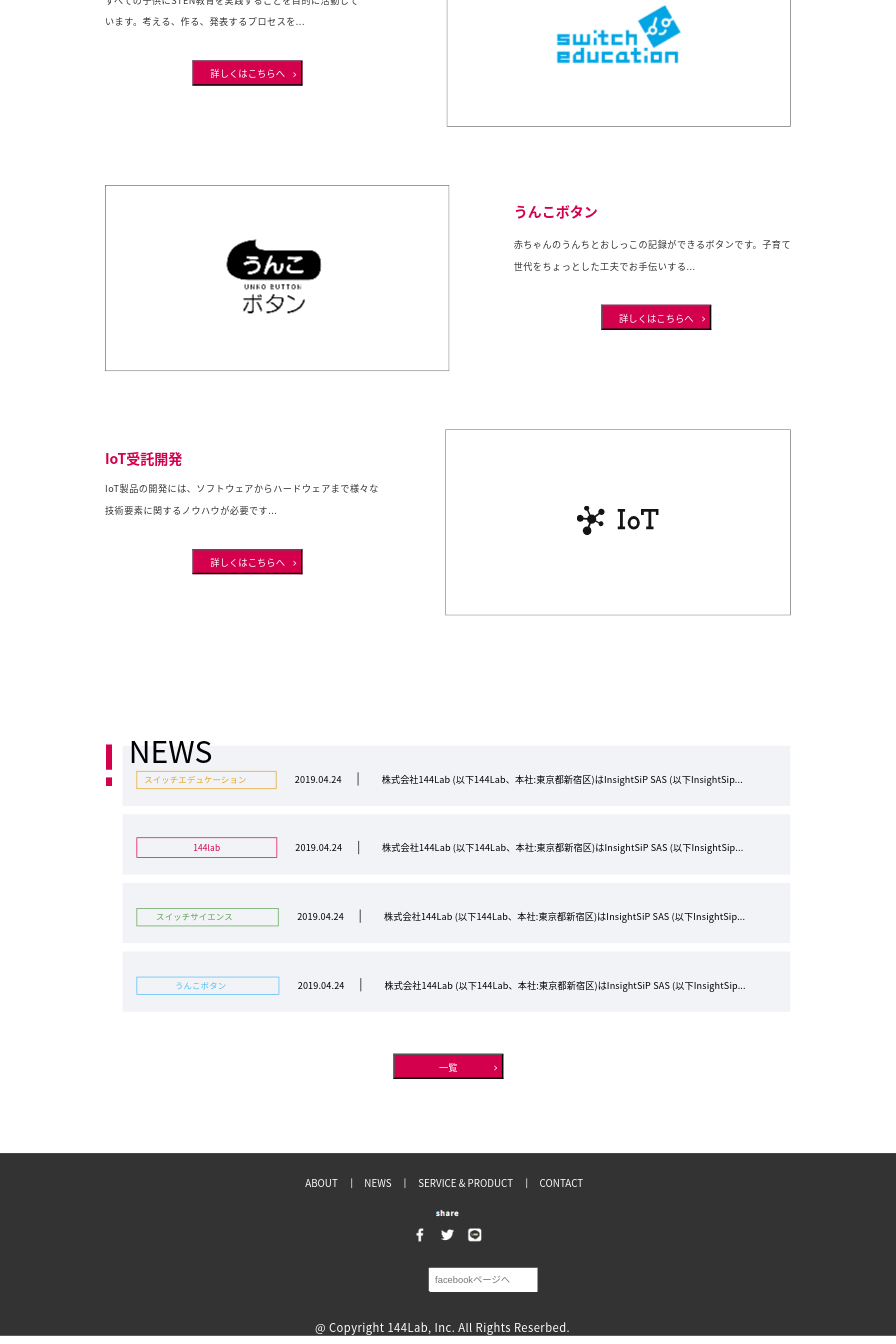
Repository: ppmp556/light-up-git
Page: index.html
These files come from the project's save history. The page is drawn as it stood at one moment and after the next save; the edit follows.
The browser window is 1280 px wide. The pictures show the part of the page from y = 2046 to 3966 px (the page is 3966 px tall), at 70% of full size.

Above is the page before, as saved 2019-12-27 21:13:41.

### index.html
<!DOCTYPE html>
<html lang="ja">
    <head>
        <meta charset="UTF-8">
        <meta name="viewport" content="width=device-width, initial-scale=1.0">
        <link rel="stylesheet" href="main.css/main.css"  type="text/css">
        <link rel="img" href="images.svg/">
        <title>模写</title>
    </head>
    <body>
        <header class="header">
                <img class="greenbox" src="images.svg/グループ 127.svg">
                <img class="small-redbox" src="images.svg/グループ 152.svg">
                <img class="redboxs" src="images.svg/グループ 148.svg">
                <img class="small-yellowbox" src="images.svg/グループ 149.svg">
                <img class="gray-boxs" src="images.svg/グループ 150.svg">
                <img class="middle-redbox" src="images.svg/グループ 151.svg">
                <img class="big-redbox" src="images.svg/グループ 153.svg">
                <img class="graybox" src="images.svg/グループ 147.svg">
                <h1><img class="nav-logo" src="images.svg/yEVqXX.svg" alt="144lab"></h1>
                <nav class="global-nav">


                        <ul class="nav-itembox">
                            <li><a href="#">ABOUT<br><span class="small">企業情報</span></a></li>
                            <li><a href="#">NEWS<br><span class="small">ニュース</span></a></li>
                            <li><a href="#">SERVICE & PRODUCT<br><span class="small">サービス&製品情報</span></a></li>
                            <li><a href="#">CONTACT<br><span class="small">お問い合わせ</span></a></li>
                        </ul>
                </nav>

                    <h1 class="site-title"><a href="#">Light Up  <br>Your <br>Science </a></h1>
                    <p class="site-title-sub">- 科学をともそう -<br>
                                                <span class="small2">イチヨンヨンラボ</span></p>

        </header>
        <main>
             <section class="about">
              <div class="about-container">
                <img class="exclamation" src="images.svg/グループ 145.svg">
                <h2 class="about-title">ABOUT</h2>
                <div class="about-box">
                                    <p class="about-text">私たちの社会は、10年前、100年前、あるいは1000年前よりも確実に進化しています。科学こそが社会を進化させ、幸せを
                                        つくり出したのだと信じています。科学は与えられるものではなく、私たち自身が開拓し、進化させていくものです。144Labは、
                                        科学に触れ、さらなる開拓と進化に参加する人々を、ちょっとだけお手伝いします。
                                    </p>
                 </div>
                 <button class="redbutton">企業情報</button>
               </div>
            </section>

            <section class="product">
                    <img class="exclamation-product" src="images.svg/グループ 145.svg">
                    <h2 class="product-title">SERVICE & PRODUCT</h2>
                    <ul class="product-wrapper">
                                <li class="product-box">
                                    <img class="product-image-switch" src="images.svg/logo-switch_science.svg">

                                    <div class="text-button">
                                    <h3 class="product-red">株式会社スイッチサイエンス</h3>
                                        <p class="product-text">
                                            最先端のテクノロジーを、より多くの人々が道具として当たり<br>
                                            前に使える世界を目指して活動しています...
                                        </p>
                                        <button class="redbutton2">詳しくはこちらへ</button>
                                    </div>
                            </li>
                                <li class="product-box">
                                    <img class="product-image-education" src="images.svg/logo-switch_education.svg">
                                    <div class="text-button">
                                        <h3 class="product-red2">株式会社スイッチエデュケーション</h3>
                                        <p class="product-text">
                                            すべての子供にSTEN教育を実践することを目的に活動して<br>
                                            います。考える、作る、発表するプロセスを...
                                        </p>
                                        <button class="redbutton2">詳しくはこちらへ</button>
                                    </div>
                                </li>
                                <li class="product-box">
                                    <img class="product-image-fit" src="images.svg/main_3648.fit-scale.svg">
                                    <div class="text-button">
                                        <h3 class="product-red">うんこボタン</h3>
                                            <p class="product-text">
                                                赤ちゃんのうんちとおしっこの記録ができるボタンです。子育て<br>
                                                世代をちょっとした工夫でお手伝いする...
                                            </p>
                                            <button class="redbutton2">詳しくはこちらへ</button>
                                    </div>
                                </li>

                                <li class="product-box">
                                    <img class="product-image-iot" src="images.svg/グループ 183.svg">
                                    <div class="text-button">
                                        <h3 class="product-red2">IoT受託開発</h3>
                                        <p class="product-text">
                                            IoT製品の開発には、ソフトウェアからハードウェアまで様々な<br>
                                            技術要素に関するノウハウが必要です...

                                        </p>
                                        <button class="redbutton2">詳しくはこちらへ</button>
                                　　　</div>
                                </li>
                    </ul>
        </section>
        <section class="news">
             <div class="news-container">

                <img class="exclamation" src="images.svg/グループ 145.svg">
                <h2 class="news-title">NEWS</h2>
                 <ul class="list">
                     <article>
                    <li class="list-item">
                        <div class="list-wrap">
                            <span class="category-education">スイッチエデュケーション</span>
                            <time class="date">2019.04.24</time>
                            <span class="category-news">株式会社144Lab (以下144Lab、本社:東京都新宿区)はInsightSiP SAS (以下InsightSip...</span>
                        </div>
                    </li>
                     </article>
                     <article>
                    <li class="list-item">
                        <div class="list-wrap">
                            <span class="category-lab">144lab</span>
                            <time class="date">2019.04.24</time>
                            <span class="category-news">株式会社144Lab (以下144Lab、本社:東京都新宿区)はInsightSiP SAS (以下InsightSip...</span>
                        </div>
                    </li>
                    </article>
                    <article>
                    <li class="list-item">
                        <div class="list-wrap">
                            <span class="category-sience">スイッチサイエンス</span>
                            <time class="date">2019.04.24</time>
                            <span class="category-news">株式会社144Lab (以下144Lab、本社:東京都新宿区)はInsightSiP SAS (以下InsightSip...</span>
                        </div>
                    </li>
                    </article>
                    <article>
                    <li class="list-item">
                        <div class="list-wrap">
                            <span class="category-fit">うんこボタン</span>
                            <time class="date">2019.04.24</time>
                            <span class="category-news">株式会社144Lab (以下144Lab、本社:東京都新宿区)はInsightSiP SAS (以下InsightSip...</span>
                        </div>
                    </li>
                    </article>
                </ul>
                <button class="redbutton3">一覧</button>
             </div>

        </section>
        </main>
        <footer class="footer">
            <nav>
                <ul class="footer-itembox">
                    <li>ABOUT</li>
                    <li>NEWS</li>
                    <li>SERVICE & PRODUCT</li>
                    <li>CONTACT</li>
                </ul>
            </nav>
              <div class="share-search">
                <img class="share-logo" src="images/logo-kamome_engineering.png">
                <img class="share-logo" src="images.svg/logo-kamome_engineering.svg">
                <input class="search-input" type="text" name="search" placeholder="  facebookページへ">
                <p class="copyright">@ Copyright 144Lab, Inc. All Rights Reserbed.</p>
            </div>
            </footer>
    </body>
</html>

### main.css/main.css
/*CSS共通*/
@charset "UTF-8";



html, body, div, span, applet, object, iframe,
h1, h2, h3, h4, h5, h6, p, blockquote, pre,
a, abbr, acronym, address, big, cite, code,
del, dfn, em, img, ins, kbd, q, s, samp,
small, strike, strong, sub, sup, tt, var,
b, u, i, center,
dl, dt, dd, ol, ul, li,
fieldset, form, label, legend,
table, caption, tbody, tfoot, thead, tr, th, td,
article, aside, canvas, details, embed,
figure, figcaption, footer, header, hgroup,
menu, nav, output, ruby, section, summary,
time, mark, audio, video,img {
	margin: 0;
	padding: 0;
	border: 0;
	font-style:normal;
	font-weight: normal;
	font-size: 100%;
	vertical-align: baseline;
}
article, aside, details, figcaption, figure,
footer, header, hgroup, menu, nav, section {
	display: block;
}
html{overflow-y: scroll;}
blockquote, q {quotes: none;}
blockquote:before, blockquote:after,q:before, q:after {content: ''; content: none;}
input, textarea {margin: 0; padding: 0;}
ol, ul{list-style:none;}
table{border-collapse: collapse; border-spacing:0;}
caption, th{text-align: left;}
a:focus {outline:none;}

body {
    color: #000000;
    background-color: #ffffff;
    font-family: "Noto Sans CJK JP";
    width: 1280px;
    margin-right: auto;
    margin-left : auto;
}

*,*::before, *::after {
    box-sizing: border-box;
}

a:link, a:visited, a:hover, a:active { /*テキストデフォルト下線外し*/
    text-decoration: none;
    color: black;
}


/*css共通ここまで*/

/*オブジェクト*/

.greenbox {
    position: absolute;
    top: -176px;
    left: 150px;
    opacity: 5;

}
.small-redbox {
    position: absolute;
    top: 255.2px;
    left: 603.2px;
}
.redboxs {
   position: absolute;
   top: 222.31px;
   left: 372.97px;

}

.small-yellowbox {
    position: absolute;
    top: 599.7px;
    left: 832.48px;
}
.gray-boxs {
    position: absolute;
    top: 124.2px;
    left: 881.85px;
}
.middle-redbox {
    position: absolute;
    top: 205.6px;
    left: 452.24px;

}
.big-redbox {
    position: absolute;
    top: 266.3px;
    left: 532.3px;
}
.graybox {
    top: 604.4px;
    left: 77.1px;
    position: absolute;
}

/*オブジェクトここまで*/

/*header*/
.header {
    position: relative;
    max-width: 1280px;
    height: 793px;
    background-color: #ffffff;
    text-align: center;
    margin: 0 150px;
}

    /*サイトタイトル*/
    .site-title {
        position: absolute;
        top: 209.5px;
        text-align: left;
        font-size: 76px;
        font-family: 'ITC Avant Garde Gothic';
        line-height: 1.14;
        letter-spacing: 0.075em;
    }
    .site-title a {
        text-decoration: none;
        color: #d4004e;
    }
    /*サイトタイトルここまで*/
    /*サイトサブタイトル*/
    .site-title-sub {
        color: #d4004e;
        position: absolute;
        font-weight: bold;
        font-size: 16px;
        line-height: 1.875;
        letter-spacing: 0.4em;

        top: 507px;
        left: 5px;
    }

    .small2 {
        font-size: 12px;
        font-weight: bold;
        letter-spacing: 0.4em;
        line-height: 2.5px;
    }
    /*サイトサブタイトルここまで*/

/*グローバルナビゲーション*/
.global-nav { /*ナビ大枠*/
    position: relative;
    top: 59px;
    width: 974.5px;
    height: 77px;
    background-color: #ffffff;
    margin: 20px;
    box-shadow: 4px 4px 1px rgba(0, 0, 0, 0.16);
    box-sizing: border-box;
}


.nav-logo { /*ナビのロゴ*/
    width: 168px;
    height: 34px;
    position: absolute;
    margin: 0;
    top: 80px;
    left: 37px;

}

.nav-itembox { /*ナビメニュー*/
    position: absolute;
    display: flex;
    width: 607px;
    height: 35px;
    top: 21px;
    left:  321px;
    padding: 0;
    margin: 0;
}

.nav-itembox li { /*ナビテキスト*/
    list-style: none;
    text-align: center;
    font-size: 14px;
    font-weight: normal;
    line-height: 1.5;
    flex-grow: 1; /*flexの余白分配比率指定*/
}

.nav-itembox  li + li:before { /*ナビの短い縦線,隣接セレクタ,疑似要素*/

    border-left: 1px solid #000000;
    position: absolute;
    display: block;
    content: "";
    top: 50%; /*縦方向に50%*/
    height: 14px;
    margin-top: -7px;

}

.small {
    font-size: 10px;


}


/*グローバルナビゲーションここまで*/

/*アバウトここから*/
.exclamation {
    position: relative;
    top: 119.6px;
    width: 9px;
    height: 60.41px;
}

.about {
    width: 1280px;
    height: 558px;
    position: relative;
    margin-bottom: 118.6px;


}

.about-container {
    top: 107.1px;
    right: 151px;
    width: 977.95px;
    height: 332.28px;
    position: absolute;
}

.about-box {
    position: relative;
    left: 24px;
    width: 953.95px;
    height: 282.5px;
    padding: 66px 55px 62.5px 66px;
    background-color: #f2f3f7;
    z-index: -1;

}

.about-title {
    position: relative;
    font-size: 43px;
    line-height: 1.3;
    width: 137px;
    height: 57px;
    top: 36px;
    margin-left: 23.9px;
}

/*
.about-title::before {
    width: 9px;
    height: 60.41px;
    content: "! ";
    color: #D4004E;
    position: absolute;
    left: -23.9px;

}
*/
.about-text {
    text-align: left;
    background-color: #f2f3f7;
    font-size: 17px;
    letter-spacing: 0.02em;
    line-height: 2.35;
    width: 833px;
    height: 154px;
}

button {
    background-color: #D4004E;
    color: #ffffff;
    font-family: "Noto Sans CJK JP";
}

.redbutton { /*赤ボタン大枠*/
    position: relative;
    font-size: 13px bold;

    justify-content: center;
    align-items: center;

    line-height: 1.3;
    left: 410.82px;
    width: 157.12px;
    height: 35.8px;
    display: inline-block;

    top: -17.9px;

}
.redbutton::before { /*疑似要素*/
    content: '';
    width: 5.31px;
    height: 5.31px;
    border-top: solid 1px #ffffff;
    border-right: solid 1px #ffffff;
    transform: rotate(45deg);/*rotateで要素回転指定,角度deg: 45°*/
    position: absolute;
    top: 50%;
    left: 139.9px;
}

/*アバウトここまで*/

/*プロダクトここから*/

.exclamation-product {
    position: relative;
    top: 83.8px;
    width: 9px;
    height: 60.41px;

}

.product { /*プロダクト大枠*/
    position: relative;
    width: 980px;
    height: 1426.28px;
    left: 150px;
    bottom: 50px;

}


.product-title { /*プロダクトタイトル*/
    position: relative;
    font-size: 43px;
    line-height: 1.3;

    left: 32.95px;

}

/*
.product-title::before {
    width: 9px;
    height: 60.41px;
    content: "! ";
    color: #D4004E;
    position: absolute;
    left: -23.9px;

}
*/

.product-wrapper {
    list-style: none;
    margin-top: 60px;

}

.product-box {
    display: flex;
    justify-content: space-between;

}


li.product-box:nth-child(even) {
    flex-direction: row-reverse;
}
/*スイッチサイエンス*/
.product-image-switch {
    border: 1px solid #707070;
    background-color: #ffffff;
    padding: 74px 106px 75.6px 117px;
    margin-bottom: 74px;
    z-index: 2;
}


/*スイッチエデュケーション*/
.product-image-education {
    border: 1px solid #707070;
    background-color: #ffffff;
    margin-bottom: 83px;
    padding: 72px 105px;
    z-index: 2;
}
/*うんこボタン*/
.product-image-fit {
    border: 1px solid #707070;
    background-color: #ffffff;
    margin-bottom: 83px;
    padding: 74px 106px 75.6px 117px;
}
/*IoT受託開発*/
.product-image-iot {
    border: 1px solid #707070;
    background-color: #ffffff;
    padding: 108.1px 188.4px 114.1px 187.3px;

}

/*プロダクト会社名*/
.product-red {
    position: relative;
    color: #D4004E;
    font-size: 20px;
    font-weight: bold;
    flex-direction: column;
    top: 23px;


}
.product-red2 {
    position: relative;
    color: #D4004E;
    font-size: 20px;
    font-weight: bold;
    flex-direction: column;
    top: 26px;


}


.product-text {
    color: #333333;
    font-size: 13px;
    letter-spacing: 0.055em;
    line-height: 2.38;
    margin-top: 41px;
    text-align: left;
}


.redbutton2 { /*product用赤ボタン大枠*/
    position: relative;
    font-size: 13px bold;
    display: inline-block;
    align-items: center;

    line-height: 1.3;
    left: 125.3px;
    width: 157.12px;
    height: 35.8px;

    top: 39.6px;
    margin-top: auto;

}

.redbutton2::before { /*疑似要素*/
    content: '';
    width: 5.31px;
    height: 5.31px;
    border-top: solid 1px #ffffff;
    border-right: solid 1px #ffffff;
    transform: rotate(45deg);/*rotateで要素回転指定,角度deg: 45°*/
    position: absolute;
    top: 50%;
    left: 139.9px;
}


/*プロダクトここまで*/
/*newsここから*/
.news { /*news大枠*/
    position: relative;
    width: 978px;
    height: 499.28px;
    left: 151px;
    top: 73.6px;
    margin-bottom: 181px;

}

.news-title { /*newsタイトル*/
    position: relative;
    font-size: 43px;
    line-height: 1.3;
    top: 35px;
    left: 32.95px;
}

/*
.news-title::before {
    width: 9px;
    height: 60.41px;
    content: "! ";
    color: #D4004E;
    position: absolute;
    left: -23.9px;

}
*/

.list{ /*履歴大枠*/
    border: #707070;
    list-style: none;
    position: relative;
    left: 24px;
    z-index: -1;

}



.list-item {
    height: 86px;
    width: 954px;
    margin-bottom: 12px;
    background: #f2f3f7;
    display: flex;

}


.list-wrap {
    position: relative;
    top: 33px;
    left: 20px;
    font-size: 13px;
    letter-spacing: 0.015em;
    line-height: 2.38;
    flex-grow: 1;
}


.date {
    padding-left: 23px;
    padding-right: 22.9px;
    border-right: 1px solid #000000;
}

.category-news {
    padding-left: 30.1px;
}


span.category-education {
    border: 1px solid #e5a31c;
    padding: 5px 42px 5px 10px;
    color: #e5a31c;
    font-size: 12px;
    font-family: "ITC Avant Garde Gothic";

}
span.category-lab {
    border: 1px solid #d4004e;
    padding: 5px 80px 5px 80px;
    color: #d4004e;
    font-size: 12px;
    font-family: "Noto Sans CJK JP";

}
span.category-sience {
    border: 1px solid #5fa153;
    padding: 5px 65px 5px 27px;
    color: #5fa153;
    font-size: 12px;
    font-family: "ITC Avant Garde Gothic";
}
span.category-fit {
    border: 1px solid #50bbf4;
    padding: 5px 75px 5px 54px;
    color: #50bbf4;
    font-size: 12px;
    font-family: "ITC Avant Garde Gothic";
}



.redbutton3 { /*news用ボタン*/
    position: relative;
    font-size: 13px bold;
    display: inline-block;
    align-items: center;

    line-height: 1.3;
    width: 157.12px;
    height: 35.8px;

    margin-top: 48.6px;
    left: 410.8px;



}

.redbutton3::before { /*疑似要素*/
    content: '';
    width: 5.31px;
    height: 5.31px;
    border-top: solid 1px #ffffff;
    border-right: solid 1px #ffffff;
    transform: rotate(45deg);/*rotateで要素回転指定,角度deg: 45°*/
    position: absolute;
    top: 50%;
    left: 139.9px;
}


/*newsここまで*/


/*footerここから*/
.footer {
    position: relative;
    width: 100%;
    height: 261px;
    background-color: #333333;
    top: 96.6px;
    bottom: 0;
}



.footer-itembox { /*フッターナビメニュー*/
    position: relative;
    display: flex;
    left:0;
    top: 32.9px;
    color: #ffffff;
    box-sizing: border-box;
    width: 435px;
    left: 417px;
}

.footer-itembox li { /*フッターナビテキスト*/
    list-style: none;
    text-align: center;
    font-size: 14px;
    font-weight: normal;
    line-height: 1.5;
    flex-grow: 1; /*flexの余白分配比率指定*/
}

.footer-itembox  li + li:before { /*フッターナビの短い縦線,隣接セレクタ,疑似要素*/

    border-left: 1px solid #ffffff;
    position: absolute;
    display: block;
    content: "";
    top: 50%; /*縦方向に50%*/
    height: 14px;
    margin-top: -7px;

}

.share-search {
    position: relative;

}
.share-logo {
    position: relative;
    top: 50.9px;
    left: 592px;
}

.search-input {
    position: relative;
    width: 157.12px;
    height: 35.8px;
    top: 102.9px;
    left: 411px;

}




.copyright { /*コピーライト*/
    font-size: 9px bold;
    color: #ffffff;
    line-height: 3.1;
    letter-spacing: 0.040em;
    position: absolute;
    top: 170.9px;
    left: 450px;
    margin-top: 32.2px;
    margin-bottom: 28.9px;

}

/*footerここまで*/

After the next save:
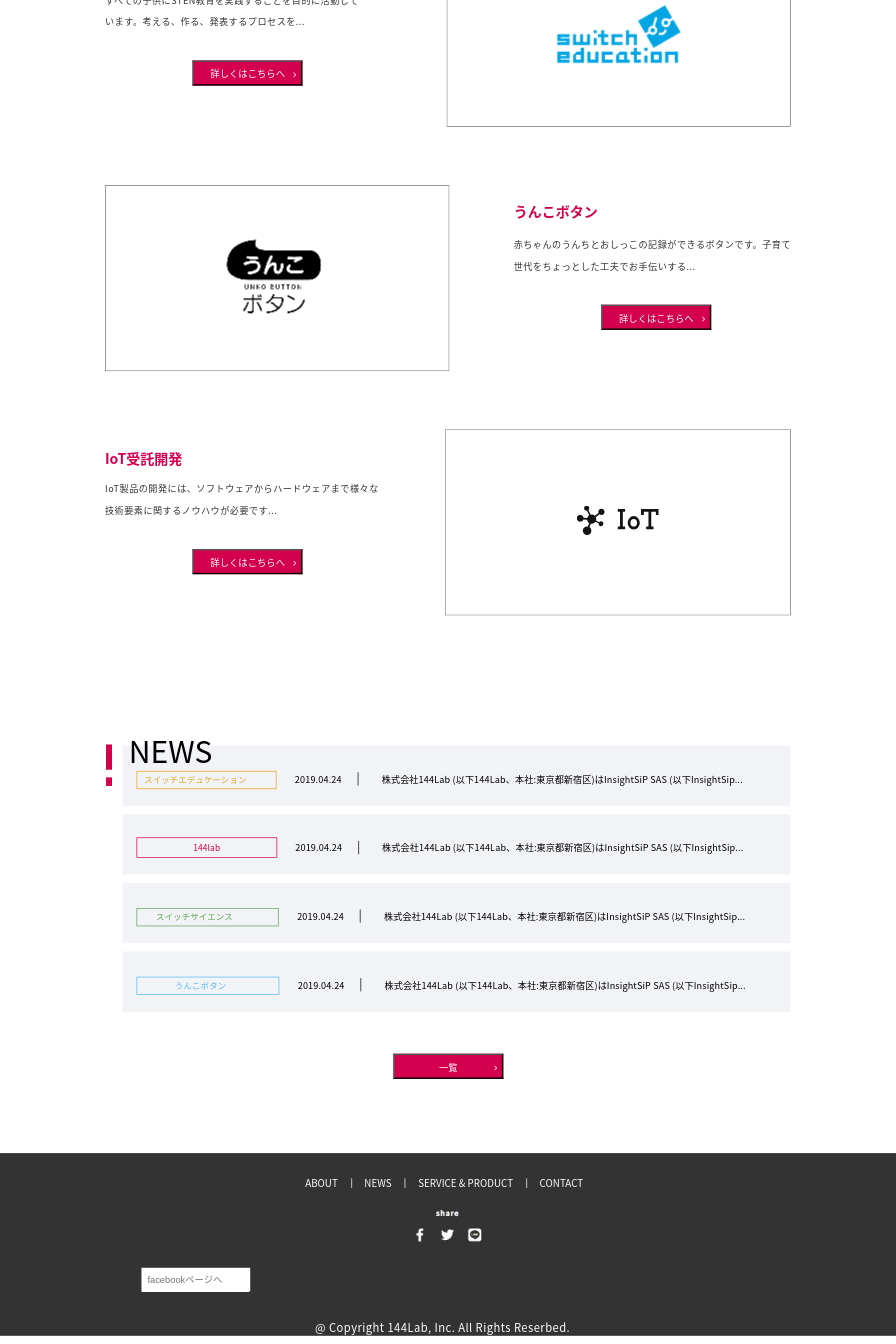
Saved 17 s later.
--- a/main.css/main.css
+++ b/main.css/main.css
@@ -673,7 +673,7 @@
     width: 157.12px;
     height: 35.8px;
     top: 102.9px;
-    left: 411px;
+    left: 0px;
 
 }
 
